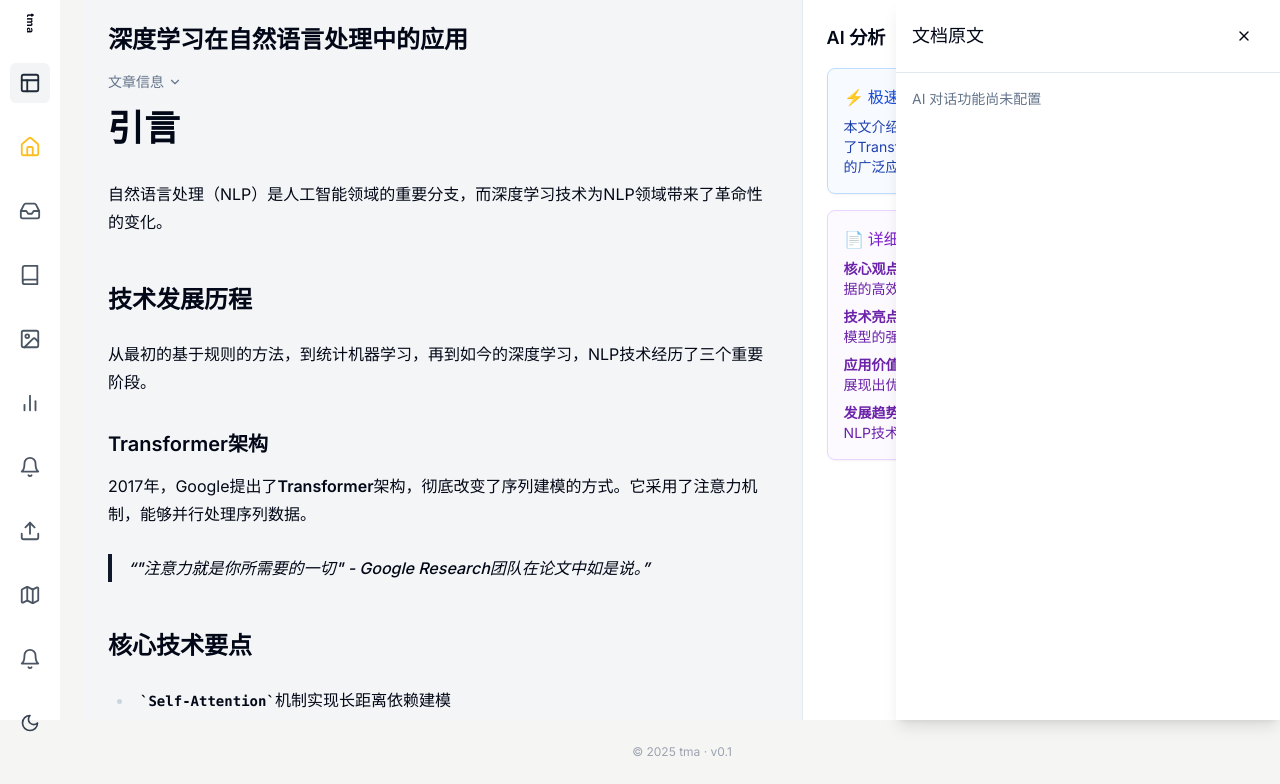
Repository: huzi7555/zsk888
Page: /demo, after clicking the first element matching `button.fixed`
An editor plug-in stored every save of this project. The page is shown before and after the next save, followed by the edit.
The browser window is 1280 px wide. The pictures show the whole page.
An inner scrolling area shows only its first screen. The project was rebuilt for these pictures with package versions that can differ from the ones it lists, and the page was loaded fresh each time. The framework's server and built-in components were replaced by stand-ins that run in the browser. Also part of the build but not shown: next.config.mjs, app/components/RichEditor.tsx, app/components/SourceSelector.tsx, app/components/TagChip.tsx, app/store.ts, app/utils/aiFake.ts, app/utils/docParsers.ts, components/ui/input.tsx and 2 more.

Above is the page before, as saved 2025-06-11 10:44:43.

### app/layout.tsx
import "@/app/globals.css"
import type { ReactNode } from "react"
import { ThemeProvider } from "@/components/theme-provider"
import type { Metadata } from "next"
import { Inter as FontSans } from "next/font/google"
import { cn } from "@/lib/utils"
import LayoutShell from "@/app/components/LayoutShell"

const fontSans = FontSans({
  subsets: ["latin"],
  variable: "--font-sans",
})

export const metadata: Metadata = {
  title: "Taskmaster AI",
  description: "Your intelligent task management assistant.",
}

export default function RootLayout({ children }: { children: ReactNode }) {
  return (
    <html lang="en" suppressHydrationWarning>
      <head />
      <body
        className={cn(
          "min-h-screen bg-stone-100 font-sans antialiased dark:bg-stone-950",
          fontSans.variable
        )}
      >
        <ThemeProvider attribute="class" defaultTheme="system" enableSystem disableTransitionOnChange>
          <LayoutShell>{children}</LayoutShell>
        </ThemeProvider>
      </body>
    </html>
  )
}

### app/demo/page.tsx
import ArticleAnalysisLayout from "@/components/ArticleAnalysisLayout";

export default function DemoPage() {
  const mockArticle = {
    title: "深度学习在自然语言处理中的应用",
    content: `
      <h1>引言</h1>
      <p>自然语言处理（NLP）是人工智能领域的重要分支，而深度学习技术为NLP领域带来了革命性的变化。</p>

      <h2>技术发展历程</h2>
      <p>从最初的基于规则的方法，到统计机器学习，再到如今的深度学习，NLP技术经历了三个重要阶段。</p>

      <h3>Transformer架构</h3>
      <p>2017年，Google提出了<strong>Transformer</strong>架构，彻底改变了序列建模的方式。它采用了注意力机制，能够并行处理序列数据。</p>

      <blockquote>
        <p>"注意力就是你所需要的一切" - Google Research团队在论文中如是说。</p>
      </blockquote>

      <h2>核心技术要点</h2>
      <ul>
        <li><code>Self-Attention</code>机制实现长距离依赖建模</li>
        <li>多头注意力提升模型表达能力</li>
        <li>位置编码处理序列位置信息</li>
        <li>残差连接和层归一化确保训练稳定性</li>
      </ul>

      <h2>应用场景</h2>
      <p>深度学习在NLP中的应用非常广泛：</p>
      <ol>
        <li>机器翻译系统</li>
        <li>文本摘要生成</li>
        <li>对话系统与聊天机器人</li>
        <li>情感分析与文本分类</li>
      </ol>

      <h2>未来展望</h2>
      <p>随着大型语言模型的不断发展，我们期待看到更多创新的应用场景。从GPT系列到最新的多模态模型，技术发展日新月异。</p>
    `,
    meta: (
      <div className="space-y-2">
        <div><strong>作者:</strong> AI研究团队</div>
        <div><strong>发布时间:</strong> 2024年1月15日</div>
        <div><strong>字数:</strong> 约 1,200 字</div>
        <div><strong>标签:</strong> 深度学习, NLP, Transformer, AI</div>
        <div><strong>来源:</strong> 技术博客</div>
      </div>
    )
  };

  const mockAnalysis = {
    speedy: (
      <div>
        <h4 className="font-medium text-blue-700 mb-2">⚡ 极速摘要</h4>
        <p className="text-sm text-blue-800">
          本文介绍了深度学习在自然语言处理中的革命性应用，重点阐述了Transformer架构的重要性及其在机器翻译、文本摘要等领域的广泛应用前景。
        </p>
      </div>
    ),
    detail: (
      <div>
        <h4 className="font-medium text-purple-700 mb-2">📄 详细分析</h4>
        <div className="text-sm text-purple-800 space-y-2">
          <p><strong>核心观点:</strong> Transformer架构通过自注意力机制实现了对序列数据的高效并行处理。</p>
          <p><strong>技术亮点:</strong> 多头注意力、位置编码、残差连接等关键技术确保了模型的强大表达能力。</p>
          <p><strong>应用价值:</strong> 在机器翻译、对话系统、文本分类等多个NLP任务中展现出优异性能。</p>
          <p><strong>发展趋势:</strong> 从GPT到多模态模型，大型语言模型正在不断推动NLP技术边界。</p>
        </div>
      </div>
    )
  };

  return (
    <div className="h-screen">
      <ArticleAnalysisLayout
        article={mockArticle}
        analysis={mockAnalysis}
      />
    </div>
  );
}

### app/globals.css
@tailwind base;
@tailwind components;
@tailwind utilities;

body {
  font-family: Arial, Helvetica, sans-serif;
}

@layer utilities {
  .text-balance {
    text-wrap: balance;
  }
}

@layer base {
  :root {
    --background: 0 0% 100%;
    --foreground: 222.2 84% 4.9%;
    --card: 0 0% 100%;
    --card-foreground: 222.2 84% 4.9%;
    --popover: 0 0% 100%;
    --popover-foreground: 222.2 84% 4.9%;
    --primary: 222.2 47.4% 11.2%;
    --primary-foreground: 210 40% 98%;
    --secondary: 210 40% 96.1%;
    --secondary-foreground: 222.2 47.4% 11.2%;
    --muted: 210 40% 96.1%;
    --muted-foreground: 215.4 16.3% 46.9%;
    --accent: 210 40% 96.1%;
    --accent-foreground: 222.2 47.4% 11.2%;
    --destructive: 0 84.2% 60.2%;
    --destructive-foreground: 210 40% 98%;
    --border: 214.3 31.8% 91.4%;
    --input: 214.3 31.8% 91.4%;
    --ring: 222.2 84% 4.9%;
    --chart-1: 12 76% 61%;
    --chart-2: 173 58% 39%;
    --chart-3: 197 37% 24%;
    --chart-4: 43 74% 66%;
    --chart-5: 27 87% 67%;
    --radius: 0.5rem;
    --sidebar-background: 0 0% 98%; /* Will be overridden by global background */
    --sidebar-foreground: 240 5.3% 26.1%;
    --sidebar-primary: 240 5.9% 10%;
    --sidebar-primary-foreground: 0 0% 98%;
    --sidebar-accent: 240 4.8% 95.9%;
    --sidebar-accent-foreground: 240 5.9% 10%;
    --sidebar-border: 220 13% 91%;
    --sidebar-ring: 217.2 91.2% 59.8%;
    --page-bg: var(--background); /* Added for static header background */
  }
  .dark {
    --background: 222.2 84% 4.9%;
    --foreground: 210 40% 98%;
    --card: 222.2 84% 4.9%;
    --card-foreground: 210 40% 98%;
    --popover: 222.2 84% 4.9%;
    --popover-foreground: 210 40% 98%;
    --primary: 210 40% 98%;
    --primary-foreground: 222.2 47.4% 11.2%;
    --secondary: 217.2 32.6% 17.5%;
    --secondary-foreground: 210 40% 98%;
    --muted: 217.2 32.6% 17.5%;
    --muted-foreground: 215 20.2% 65.1%;
    --accent: 217.2 32.6% 17.5%;
    --accent-foreground: 210 40% 98%;
    --destructive: 0 62.8% 30.6%;
    --destructive-foreground: 210 40% 98%;
    --border: 217.2 32.6% 17.5%;
    --input: 217.2 32.6% 17.5%;
    --ring: 212.7 26.8% 83.9%;
    --chart-1: 220 70% 50%;
    --chart-2: 160 60% 45%;
    --chart-3: 30 80% 55%;
    --chart-4: 280 65% 60%;
    --chart-5: 340 75% 55%;
    --sidebar-background: 240 5.9% 10%; /* Will be overridden by global background */
    --sidebar-foreground: 240 4.8% 95.9%;
    --sidebar-primary: 224.3 76.3% 48%;
    --sidebar-primary-foreground: 0 0% 100%;
    --sidebar-accent: 240 3.7% 15.9%;
    --sidebar-accent-foreground: 240 4.8% 95.9%;
    --sidebar-border: 240 3.7% 15.9%;
    --sidebar-ring: 217.2 91.2% 59.8%;
    --page-bg-dark: var(--background); /* Added for static header background in dark mode */
  }
}

@layer base {
  * {
    @apply border-border;
  }
  html,
  body {
    /* Changed from body to html, body */
    @apply bg-background text-foreground;
  }
}

/* Markdown styling for prose */
.prose {
  color: var(--foreground);
}

.prose h1,
.prose h2,
.prose h3,
.prose h4,
.prose h5,
.prose h6 {
  color: var(--foreground);
}

.prose p {
  color: var(--foreground);
}

.prose a {
  color: var(--primary);
}

.prose code {
  background-color: var(--muted);
  color: var(--muted-foreground);
}

.prose pre {
  background-color: var(--muted);
  color: var(--muted-foreground);
}

.dark .prose {
  color: var(--foreground); /* In dark mode, foreground is light */
}

.dark .prose h1,
.dark .prose h2,
.dark .prose h3,
.dark .prose h4,
.dark .prose h5,
.dark .prose h6 {
  color: var(--foreground);
}

.dark .prose p {
  color: var(--foreground);
}

.dark .prose a {
  color: var(--primary); /* Primary is light in dark mode */
}

.dark .prose code {
  background-color: var(--muted);
  color: var(--muted-foreground);
}

.dark .prose pre {
  background-color: var(--muted);
  color: var(--muted-foreground);
}

### app/components/LayoutShell.tsx
"use client"
import { useState, type ReactNode } from "react"
import { LayoutPanelLeft } from "lucide-react"
import SideBar from "@/app/components/SideBar"
import { SiteFooter } from "@/app/components/SiteFooter"
import AppHeader from "@/app/components/AppHeader"
export default function LayoutShell({ children }: { children: ReactNode }) {
  const [collapsed, setCollapsed] = useState(false)

  const toggleCollapsed = () => setCollapsed(!collapsed)

  return (
    <>
      {/* SideBar with toggle function passed */}
      <SideBar collapsed={collapsed} toggleCollapsed={toggleCollapsed} />

      {/* AppHeader with quick upload button */}
      <AppHeader />

      {/* Collapsed state toggle button - only visible when sidebar is collapsed */}
      {collapsed && (
        <button
          onClick={toggleCollapsed}
          aria-label="Expand sidebar"
          className="fixed top-4 left-4 z-40 w-10 h-10 rounded-md bg-white shadow-sm transition
                   text-gray-800 hover:text-gray-900
                   flex items-center justify-center"
        >
          <LayoutPanelLeft size={22} />
        </button>
      )}

      {/* Content */}
      <div className={`min-h-screen flex flex-col transition-all duration-300 ${collapsed ? "pl-6" : "pl-[84px]"}`}>
        <main className="flex-1">{children}</main>
        <SiteFooter />
      </div>


    </>
  )
}

### app/components/SiteFooter.tsx
"use client"

export function SiteFooter() {
  return <footer className="w-full py-6 text-center text-xs text-gray-400">© 2025&nbsp;tma&nbsp;·&nbsp;v0.1</footer>
}

### app/components/AppHeader.tsx
"use client"
import QuickUploadTrigger from "@/app/components/QuickUploadTrigger"

export default function AppHeader() {
  return (
    <header className="fixed top-0 right-0 z-40 p-4">
      <QuickUploadTrigger />
    </header>
  )
}

### components/ui/card.tsx
import * as React from "react"

import { cn } from "@/lib/utils"

const Card = React.forwardRef<
  HTMLDivElement,
  React.HTMLAttributes<HTMLDivElement>
>(({ className, ...props }, ref) => (
  <div
    ref={ref}
    className={cn(
      "rounded-lg border bg-card text-card-foreground shadow-sm",
      className
    )}
    {...props}
  />
))
Card.displayName = "Card"

const CardHeader = React.forwardRef<
  HTMLDivElement,
  React.HTMLAttributes<HTMLDivElement>
>(({ className, ...props }, ref) => (
  <div
    ref={ref}
    className={cn("flex flex-col space-y-1.5 p-6", className)}
    {...props}
  />
))
CardHeader.displayName = "CardHeader"

const CardTitle = React.forwardRef<
  HTMLDivElement,
  React.HTMLAttributes<HTMLDivElement>
>(({ className, ...props }, ref) => (
  <div
    ref={ref}
    className={cn(
      "text-2xl font-semibold leading-none tracking-tight",
      className
    )}
    {...props}
  />
))
CardTitle.displayName = "CardTitle"

const CardDescription = React.forwardRef<
  HTMLDivElement,
  React.HTMLAttributes<HTMLDivElement>
>(({ className, ...props }, ref) => (
  <div
    ref={ref}
    className={cn("text-sm text-muted-foreground", className)}
    {...props}
  />
))
CardDescription.displayName = "CardDescription"

const CardContent = React.forwardRef<
  HTMLDivElement,
  React.HTMLAttributes<HTMLDivElement>
>(({ className, ...props }, ref) => (
  <div ref={ref} className={cn("p-6 pt-0", className)} {...props} />
))
CardContent.displayName = "CardContent"

const CardFooter = React.forwardRef<
  HTMLDivElement,
  React.HTMLAttributes<HTMLDivElement>
>(({ className, ...props }, ref) => (
  <div
    ref={ref}
    className={cn("flex items-center p-6 pt-0", className)}
    {...props}
  />
))
CardFooter.displayName = "CardFooter"

export { Card, CardHeader, CardFooter, CardTitle, CardDescription, CardContent }

### components/ui/button.tsx
import * as React from "react"
import { Slot } from "@radix-ui/react-slot"
import { cva, type VariantProps } from "class-variance-authority"

import { cn } from "@/lib/utils"

const buttonVariants = cva(
  "inline-flex items-center justify-center gap-2 whitespace-nowrap rounded-md text-sm font-medium ring-offset-background transition-colors focus-visible:outline-none disabled:pointer-events-none disabled:opacity-50 [&_svg]:pointer-events-none [&_svg]:size-4 [&_svg]:shrink-0",
  {
    variants: {
      variant: {
        default: "bg-primary text-primary-foreground hover:bg-primary/90",
        destructive: "bg-destructive text-destructive-foreground hover:bg-destructive/90",
        outline: "border border-input bg-background hover:bg-accent hover:text-accent-foreground",
        secondary: "bg-secondary text-secondary-foreground hover:bg-secondary/80",
        ghost: "hover:bg-accent hover:text-accent-foreground",
        link: "text-primary underline-offset-4 hover:underline",
      },
      size: {
        default: "h-10 px-4 py-2",
        sm: "h-9 rounded-md px-3",
        lg: "h-11 rounded-md px-8",
        icon: "h-10 w-10",
      },
    },
    defaultVariants: {
      variant: "default",
      size: "default",
    },
  },
)

export interface ButtonProps
  extends React.ButtonHTMLAttributes<HTMLButtonElement>,
    VariantProps<typeof buttonVariants> {
  asChild?: boolean
}

const Button = React.forwardRef<HTMLButtonElement, ButtonProps>(
  ({ className, variant, size, asChild = false, type = "button", ...props }, ref) => {
    const Comp = asChild ? Slot : "button"
    return <Comp className={cn(buttonVariants({ variant, size, className }))} ref={ref} type={type} {...props} />
  },
)
Button.displayName = "Button"

export { Button, buttonVariants }

### components/ChatDrawer.tsx
"use client";

import { AnimatePresence, motion } from "framer-motion";
import { X } from "lucide-react";
import { Button } from "@/components/ui/button";

interface ChatDrawerProps {
  open: boolean;
  onClose: () => void;
}

/**
 * 右侧抽屉
 * ------------------------------------------------------------------
 * ✧ 固定在 viewport 右侧（`right-0`）\
 * ✧ 宽度：移动端占满宽度；≥ 768 px 时固定 384 px（`w-full md:w-96`）\
 * ✧ framer-motion 进入 / 退出动画\
 * ------------------------------------------------------------------
 */
export default function ChatDrawer({ open, onClose }: ChatDrawerProps) {
  return (
    <AnimatePresence>
      {open && (
        <motion.div
          key="chat-drawer"
          initial={{ x: "100%" }}
          animate={{ x: 0 }}
          exit={{ x: "100%" }}
          transition={{ type: "tween", duration: 0.25 }}
          className="fixed inset-y-0 right-0 z-50 w-full md:w-96 shadow-lg bg-background flex flex-col outline-none"
        >
          {/* —— 顶部栏 —— */}
          <div className="flex items-center justify-between p-4 border-b">
            <h2 className="font-medium text-lg">文档原文</h2>
            <Button
              onClick={onClose}
              variant="ghost"
              size="icon"
              aria-label="关闭"
            >
              <X className="h-5 w-5" />
            </Button>
          </div>

          {/* —— 内容区域 —— */}
          <div className="flex-1 overflow-y-auto p-4 space-y-3">
            {/* 这里放原文内容或其它组件 */}
            <p className="text-sm text-muted-foreground">
              AI 对话功能尚未配置
            </p>
          </div>
        </motion.div>
      )}
    </AnimatePresence>
  );
}

### components/FoldableMeta.tsx
"use client";

import { useState } from "react";
import { ChevronDown, ChevronUp } from "lucide-react";

export default function FoldableMeta({ children }: { children: React.ReactNode }) {
  const [open, setOpen] = useState(false);

  return (
    <div className="mb-4">
      <button
        onClick={() => setOpen(!open)}
        className="flex items-center gap-1 text-sm text-muted-foreground hover:text-foreground transition-colors"
      >
        文章信息 {open ? <ChevronUp size={14} /> : <ChevronDown size={14} />}
      </button>
      {open && (
        <div className="mt-2 text-sm text-muted-foreground bg-muted/30 rounded-lg p-3 border">
          {children}
        </div>
      )}
    </div>
  );
}

### app/components/QuickUploadTrigger.tsx
"use client"
import * as Dialog from "@radix-ui/react-dialog"
import { useRef } from "react"
import { Zap } from "lucide-react"
import { Button } from "@/components/ui/button"
import UploadFormContent from "@/app/components/UploadFormContent"

export default function QuickUploadTrigger() {
  const formRef = useRef<{ submit: () => void } | null>(null)

  return (
    <Dialog.Root>
      <Dialog.Trigger asChild>
        <Button
          variant="ghost"
          size="icon"
          className="text-gray-600 hover:text-gray-800 transition-colors dark:text-gray-400 dark:hover:text-white"
          title="快速上传"
        >
          <Zap size={20} />
        </Button>
      </Dialog.Trigger>
      <Dialog.Portal>
        <Dialog.Content
          className="fixed right-0 top-0 h-full w-[480px] flex flex-col
                                  bg-white dark:bg-[#333] shadow z-50" // z-50 retained
        >
          <div className="flex-1 overflow-y-auto p-6">
            <UploadFormContent ref={formRef} showFooter={false} />
          </div>

          {/* 统一的确认条（只有这一条） */}
          <div
            className="h-16 shrink-0 flex items-center justify-end gap-4 px-6 border-t
                          bg-white/90 dark:bg-[#222]/90 backdrop-blur"
          >
            <Dialog.Close asChild>
              <Button variant="ghost" className="text-gray-600 hover:text-black dark:text-gray-300">
                取消
              </Button>
            </Dialog.Close>

            {/* 用 Dialog.Close 包裹确认按钮，提交后自动关闭 */}
            <Dialog.Close asChild>
              <Button variant="default" onClick={() => formRef.current?.submit()}>
                确认上传
              </Button>
            </Dialog.Close>
          </div>
        </Dialog.Content>
      </Dialog.Portal>
    </Dialog.Root>
  )
}

### tailwind.config.ts
import type { Config } from "tailwindcss"
import { fontFamily } from "tailwindcss/defaultTheme"

const config = {
  darkMode: ["class"],
  content: [
    './app/**/*.{js,ts,jsx,tsx,mdx}',
    './components/**/*.{js,ts,jsx,tsx,mdx}',
  ],
  prefix: "",
  theme: {
    container: {
      center: true,
      padding: "2rem",
      screens: {
        "2xl": "1400px",
      },
    },
    extend: {
      fontFamily: {
        sans: ["var(--font-sans)", ...fontFamily.sans],
      },
      colors: {
        border: "hsl(var(--border))",
        input: "hsl(var(--input))",
        ring: "hsl(var(--ring))",
        background: "hsl(var(--background))",
        foreground: "hsl(var(--foreground))",
        primary: {
          DEFAULT: "hsl(var(--primary))",
          foreground: "hsl(var(--primary-foreground))",
        },
        secondary: {
          DEFAULT: "hsl(var(--secondary))",
          foreground: "hsl(var(--secondary-foreground))",
        },
        destructive: {
          DEFAULT: "hsl(var(--destructive))",
          foreground: "hsl(var(--destructive-foreground))",
        },
        muted: {
          DEFAULT: "hsl(var(--muted))",
          foreground: "hsl(var(--muted-foreground))",
        },
        accent: {
          DEFAULT: "hsl(var(--accent))",
          foreground: "hsl(var(--accent-foreground))",
        },
        popover: {
          DEFAULT: "hsl(var(--popover))",
          foreground: "hsl(var(--popover-foreground))",
        },
        card: {
          DEFAULT: "hsl(var(--card))",
          foreground: "hsl(var(--card-foreground))",
        },
      },
      borderRadius: {
        lg: "var(--radius)",
        md: "calc(var(--radius) - 2px)",
        sm: "calc(var(--radius) - 4px)",
      },
      keyframes: {
        "accordion-down": {
          from: { height: "0" },
          to: { height: "var(--radix-accordion-content-height)" },
        },
        "accordion-up": {
          from: { height: "var(--radix-accordion-content-height)" },
          to: { height: "0" },
        },
      },
      animation: {
        "accordion-down": "accordion-down 0.2s ease-out",
        "accordion-up": "accordion-up 0.2s ease-out",
      },
      transitionProperty: {
        'width': 'width',
        'width-height': 'width, height',
      },
    },
  },
  plugins: [require("tailwindcss-animate"), require("@tailwindcss/typography")],
} satisfies Config

export default config

Loaded but not shown: components/theme-provider.tsx (common file); lib/utils.ts (common file); components/ArticleAnalysisLayout.tsx (323 lines, source omitted); app/components/SideBar.tsx (137 lines, source omitted)

After the next save:
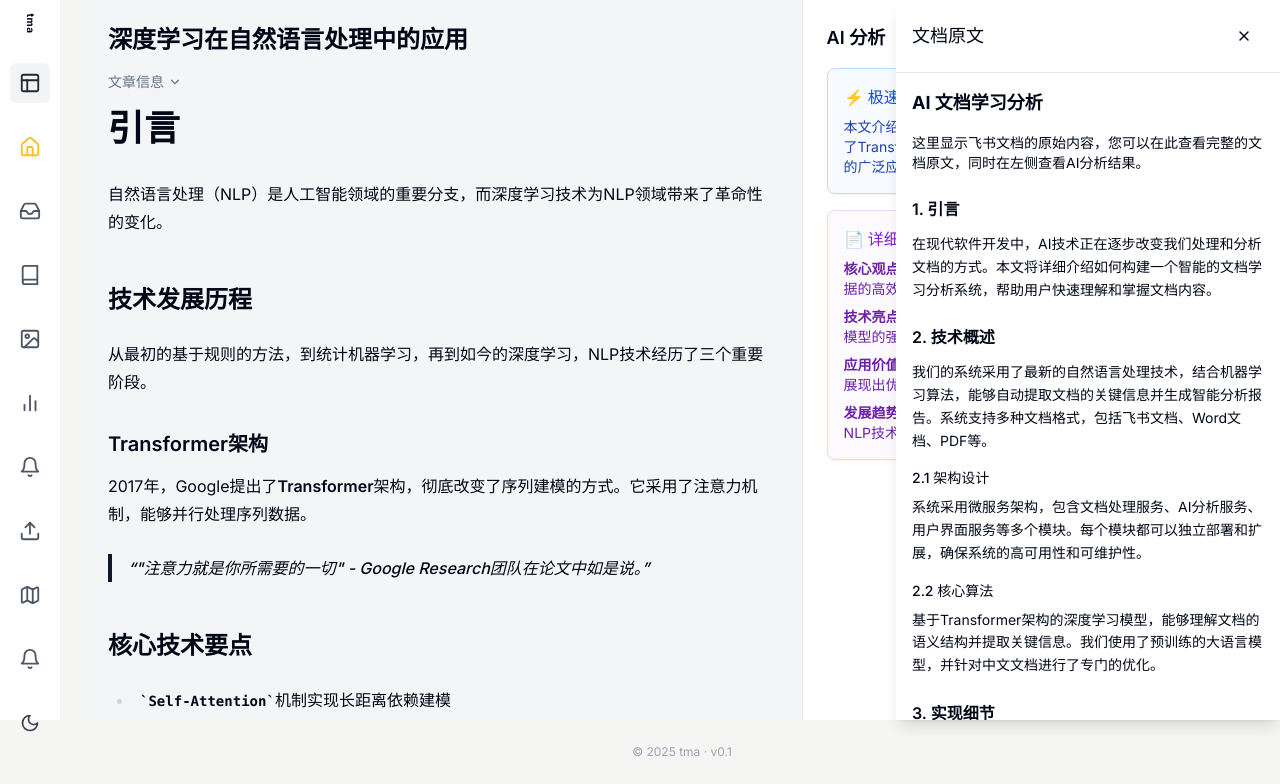
Saved 2 min 8 s later.
--- a/components/ChatDrawer.tsx
+++ b/components/ChatDrawer.tsx
@@ -44,10 +44,60 @@ export default function ChatDrawer({ open, onClose }: ChatDrawerProps) {
 
           {/* —— 内容区域 —— */}
           <div className="flex-1 overflow-y-auto p-4 space-y-3">
-            {/* 这里放原文内容或其它组件 */}
-            <p className="text-sm text-muted-foreground">
-              AI 对话功能尚未配置
-            </p>
+            <div className="prose prose-sm max-w-none">
+              <h1 className="text-lg font-bold mb-4">AI 文档学习分析</h1>
+              <p className="text-gray-600 text-sm mb-4">
+                这里显示飞书文档的原始内容，您可以在此查看完整的文档原文，同时在左侧查看AI分析结果。
+              </p>
+
+              <h2 className="text-base font-semibold mt-6 mb-3">1. 引言</h2>
+              <p className="text-gray-700 text-sm mb-4 leading-relaxed">
+                在现代软件开发中，AI技术正在逐步改变我们处理和分析文档的方式。本文将详细介绍如何构建一个智能的文档学习分析系统，帮助用户快速理解和掌握文档内容。
+              </p>
+
+              <h2 className="text-base font-semibold mt-6 mb-3">2. 技术概述</h2>
+              <p className="text-gray-700 text-sm mb-4 leading-relaxed">
+                我们的系统采用了最新的自然语言处理技术，结合机器学习算法，能够自动提取文档的关键信息并生成智能分析报告。系统支持多种文档格式，包括飞书文档、Word文档、PDF等。
+              </p>
+
+              <h3 className="text-sm font-medium mt-4 mb-2">2.1 架构设计</h3>
+              <p className="text-gray-700 text-sm mb-3 leading-relaxed">
+                系统采用微服务架构，包含文档处理服务、AI分析服务、用户界面服务等多个模块。每个模块都可以独立部署和扩展，确保系统的高可用性和可维护性。
+              </p>
+
+              <h3 className="text-sm font-medium mt-4 mb-2">2.2 核心算法</h3>
+              <p className="text-gray-700 text-sm mb-3 leading-relaxed">
+                基于Transformer架构的深度学习模型，能够理解文档的语义结构并提取关键信息。我们使用了预训练的大语言模型，并针对中文文档进行了专门的优化。
+              </p>
+
+              <h2 className="text-base font-semibold mt-6 mb-3">3. 实现细节</h2>
+              <p className="text-gray-700 text-sm mb-4 leading-relaxed">
+                详细的实现包括数据预处理、模型训练、推理优化等多个步骤。我们特别关注了中文文本的特殊处理，包括分词、实体识别、关系提取等。
+              </p>
+
+              <h3 className="text-sm font-medium mt-4 mb-2">3.1 数据预处理</h3>
+              <p className="text-gray-700 text-sm mb-3 leading-relaxed">
+                文档首先经过格式化处理，去除无关的格式信息，保留核心文本内容。然后进行分段、分句等预处理步骤。
+              </p>
+
+              <h3 className="text-sm font-medium mt-4 mb-2">3.2 特征提取</h3>
+              <p className="text-gray-700 text-sm mb-3 leading-relaxed">
+                使用预训练模型提取文本的语义特征，生成高维向量表示，为后续的分析和理解提供基础。
+              </p>
+
+              <h2 className="text-base font-semibold mt-6 mb-3">4. 功能特性</h2>
+              <ul className="text-gray-700 text-sm space-y-2 mb-4">
+                <li>• 智能摘要生成：自动提取文档关键信息</li>
+                <li>• 结构化分析：识别文档的层次结构</li>
+                <li>• 关键词提取：自动标记重要概念</li>
+                <li>• 问答系统：基于文档内容的智能问答</li>
+              </ul>
+
+              <h2 className="text-base font-semibold mt-6 mb-3">5. 总结</h2>
+              <p className="text-gray-700 text-sm mb-4 leading-relaxed">
+                通过本系统，用户可以快速获得文档的核心内容和智能分析，大大提高了学习和工作效率。未来我们将继续优化算法，提升分析的准确性和实用性。
+              </p>
+            </div>
           </div>
         </motion.div>
       )}
